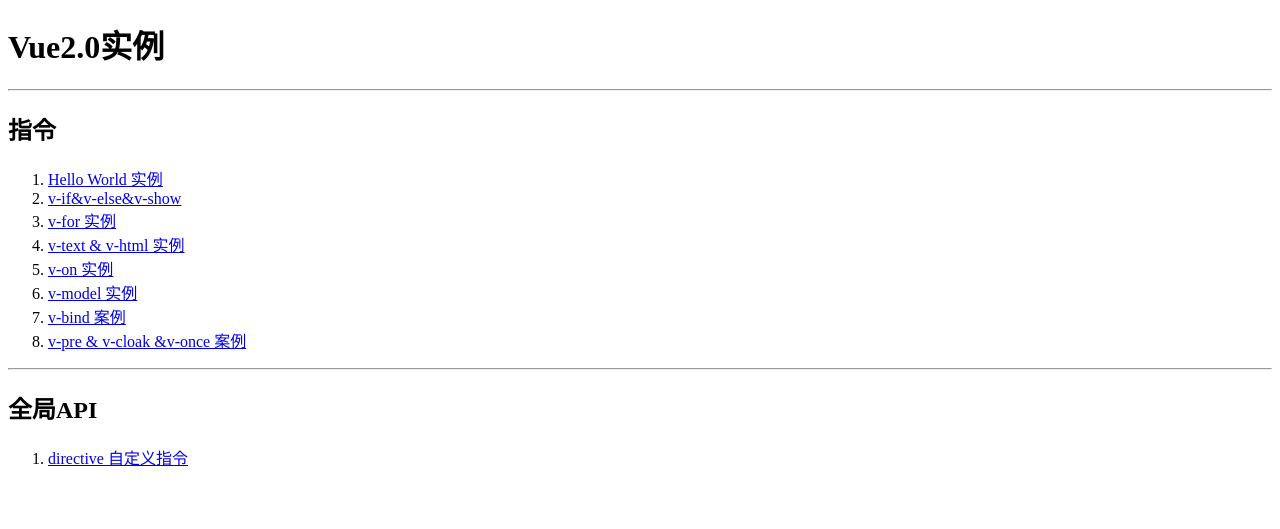
Repository: 13982720426/vue2.0-LearningNotes
Page: index.html
These files come from the project's save history. The page is drawn as it stood at one moment and after the next save; the edit follows.
The browser window is 1280 px wide. The pictures show the whole page.

Above is the page before, as saved 2021-06-24 15:41:04.

After the next save:
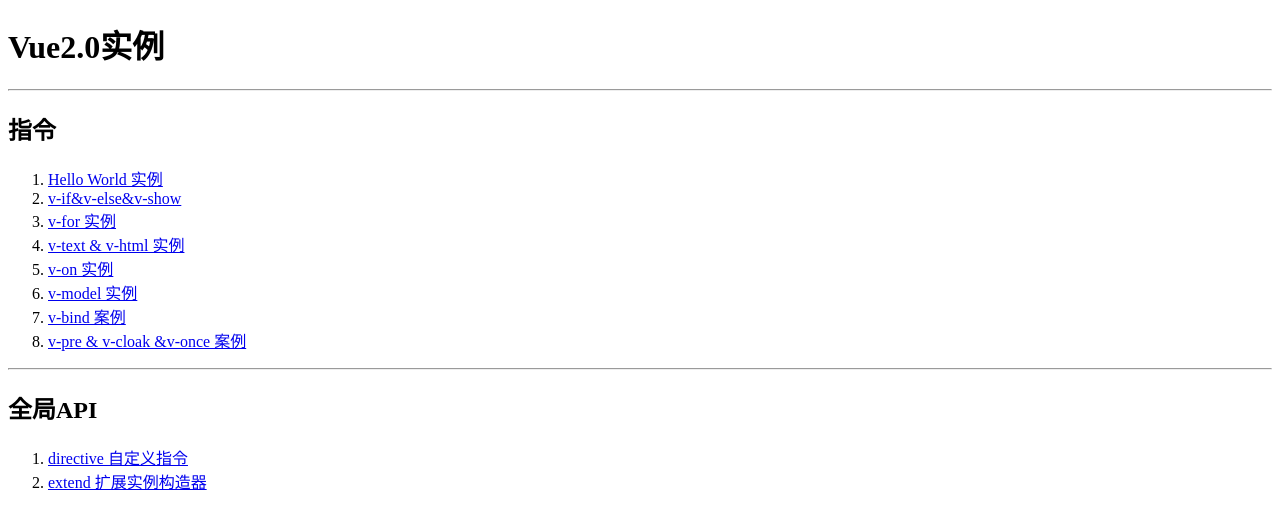
Saved 16 min 17 s later.
--- a/index.html
+++ b/index.html
@@ -25,6 +25,7 @@
     <h2>全局API</h2>
     <ol>
       <li><a href="./example/vue.directive.html">directive 自定义指令</a></li>
+      <li><a href="./example/vue.extend.html">extend 扩展实例构造器</a></li>
     </ol>
   </body>
 </html>
